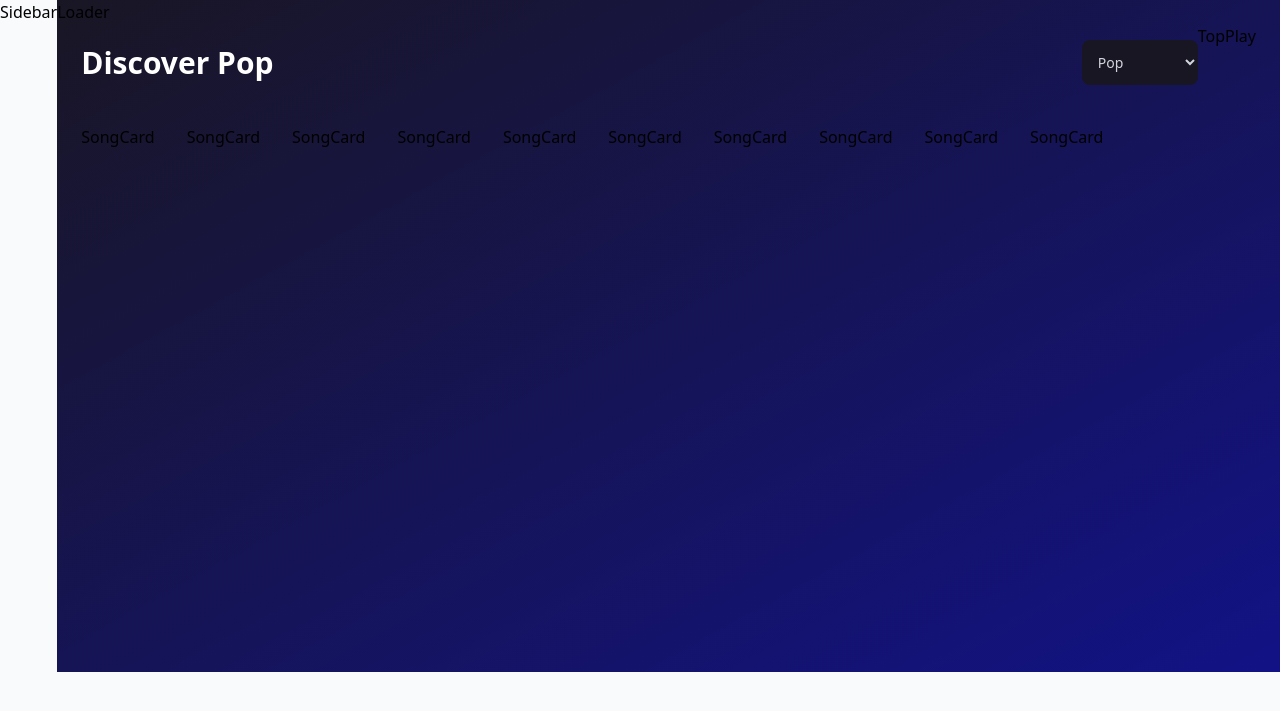
Repository: Devansh1907/Lyriks
Page: /
The author's editor kept a copy of each file at every save. The page is drawn from the files as they stood at one save, then again after the next save.
The browser window is 1280 px wide. The pictures show the whole page.
The project was rebuilt for these pictures with package versions that can differ from the ones it lists, and the page was loaded fresh each time. Also part of the build but not shown: vite.config.js, src/components/ArtistCard.jsx, src/components/DetailsHeader.jsx, src/components/PlayPause.jsx, src/components/SongBar.jsx, src/components/RelatedSongs.jsx, src/components/MusicPlayer/Controls.jsx, src/components/MusicPlayer/Player.jsx and 10 more.

Above is the page before, as saved 2022-11-03 13:32:41.

### src/redux/store.js
import { configureStore, getDefaultMiddleware } from '@reduxjs/toolkit';

import playerReducer from './features/playerSlice';
import { shazamCoreApi } from './services/shazamCore';

export const store = configureStore({
  reducer: {
    [shazamCoreApi.reducerPath]: shazamCoreApi.reducer,
    player: playerReducer,
  },
  middleware: (getDefaultMiddleware) => getDefaultMiddleware().concat(shazamCoreApi.middleware),
});

### src/redux/features/playerSlice.js
import { createSlice } from '@reduxjs/toolkit';

const initialState = {
  currentSongs: [],
  currentIndex: 0,
  isActive: false,
  isPlaying: false,
  activeSong: {},
  genreListId: '',
};

const playerSlice = createSlice({
  name: 'player',
  initialState,
  reducers: {
    setActiveSong: (state, action) => {
      state.activeSong = action.payload.song;

      if (action.payload?.data?.tracks?.hits) {
        state.currentSongs = action.payload.data.tracks.hits;
      } else if (action.payload?.data?.properties) {
        state.currentSongs = action.payload?.data?.tracks;
      } else {
        state.currentSongs = action.payload.data;
      }

      state.currentIndex = action.payload.i;
      state.isActive = true;
    },

    nextSong: (state, action) => {
      if (state.currentSongs[action.payload]?.track) {
        state.activeSong = state.currentSongs[action.payload]?.track;
      } else {
        state.activeSong = state.currentSongs[action.payload];
      }

      state.currentIndex = action.payload;
      state.isActive = true;
    },

    prevSong: (state, action) => {
      if (state.currentSongs[action.payload]?.track) {
        state.activeSong = state.currentSongs[action.payload]?.track;
      } else {
        state.activeSong = state.currentSongs[action.payload];
      }

      state.currentIndex = action.payload;
      state.isActive = true;
    },

    playPause: (state, action) => {
      state.isPlaying = action.payload;
    },

    selectGenreListId: (state, action) => {
      state.genreListId = action.payload;
    },
  },
});

export const { setActiveSong, nextSong, prevSong, playPause, selectGenreListId } = playerSlice.actions;

export default playerSlice.reducer;

### src/redux/services/shazamCore.js
import { createApi, fetchBaseQuery } from '@reduxjs/toolkit/query/react'



    export const shazamCoreApi = createApi({
        reducerPath: 'shazamCoreApi',
        baseQuery: fetchBaseQuery({
            baseUrl: 'https://shazam-core.p.rapidapi.com/v1',
            prepareHeaders: () => {
                headers.set('X-RapidAPI-Key', '620e5f5fe1msh3440b999da625e1p191f6djsn06c5af6b63a6');

                return headers;
            },
        }),
        endpoints: (builder) => ({
            getTopCharts: builder.query({ query: () => '/charts/world'}),
        }),
    });

    export const {
        useGetTopChartsQuery,
    } = shazamCoreApi;

### src/pages/Discover.jsx
import { Error, Loader, SongCard } from "../components";
import { genres } from "../assets/constants";
import { useGetTopChartsQuery } from "../redux/services/shazamCore";

const Discover = () => {
  const { data, isFetching, error } =  useGetTopChartsQuery();
  const genreTitle = "Pop";

  console.log(data);

  return (
    <div className="flex flex-col">
      <div className="w-full flex justify-between items-center sm:flex-row flex-col mt-4 mb-10">
        <h2 className="font-bold text-3xl text-white text-left">
          Discover {genreTitle}
        </h2>
        <select
          onchange={() => {}}
          value=""
          className="bg-black text-gray-300 p-3 text-sm rounded-lg outline-none sm:mt-0 mt-5"
        >{genres.map((genre) => <option key={genre.value} value={genre.value}>{genre.title}</option>)}</select>
      </div>
       <div className="flex flex-wrap sm:justify-start justify-center gap-8">
         {[1,2,3,4,5,6,7,8,9,10].map((song, i) => (
            <SongCard key={song.key} song={song} i={i} />
         ))}
       </div>
    </div>
  );
};

export default Discover;

### src/assets/constants.js
import { HiOutlineHashtag, HiOutlineHome, HiOutlinePhotograph, HiOutlineUserGroup } from 'react-icons/hi';

export const genres = [
  { title: 'Pop', value: 'POP' },
  { title: 'Hip-Hop', value: 'HIP_HOP_RAP' },
  { title: 'Dance', value: 'DANCE' },
  { title: 'Electronic', value: 'ELECTRONIC' },
  { title: 'Soul', value: 'SOUL_RNB' },
  { title: 'Alternative', value: 'ALTERNATIVE' },
  { title: 'Rock', value: 'ROCK' },
  { title: 'Latin', value: 'LATIN' },
  { title: 'Film', value: 'FILM_TV' },
  { title: 'Country', value: 'COUNTRY' },
  { title: 'Worldwide', value: 'WORLDWIDE' },
  { title: 'Reggae', value: 'REGGAE_DANCE_HALL' },
  { title: 'House', value: 'HOUSE' },
  { title: 'K-Pop', value: 'K_POP' },
];

export const links = [
  { name: 'Discover', to: '/', icon: HiOutlineHome },
  { name: 'Around You', to: '/around-you', icon: HiOutlinePhotograph },
  { name: 'Top Artists', to: '/top-artists', icon: HiOutlineUserGroup },
  { name: 'Top Charts', to: '/top-charts', icon: HiOutlineHashtag },
];

Loaded but not shown: index.html (common file); src/index.jsx (common file); src/index.css (common file); src/App.jsx (common file); src/components/index.js (common file); src/pages/index.js (common file); src/components/Sidebar.jsx (common file); src/components/Searchbar.jsx (common file); src/components/SongCard.jsx (common file); src/components/TopPlay.jsx (common file); tailwind.config.js (common file); src/components/Loader.jsx (common file); src/components/Error.jsx (common file)

After the next save:
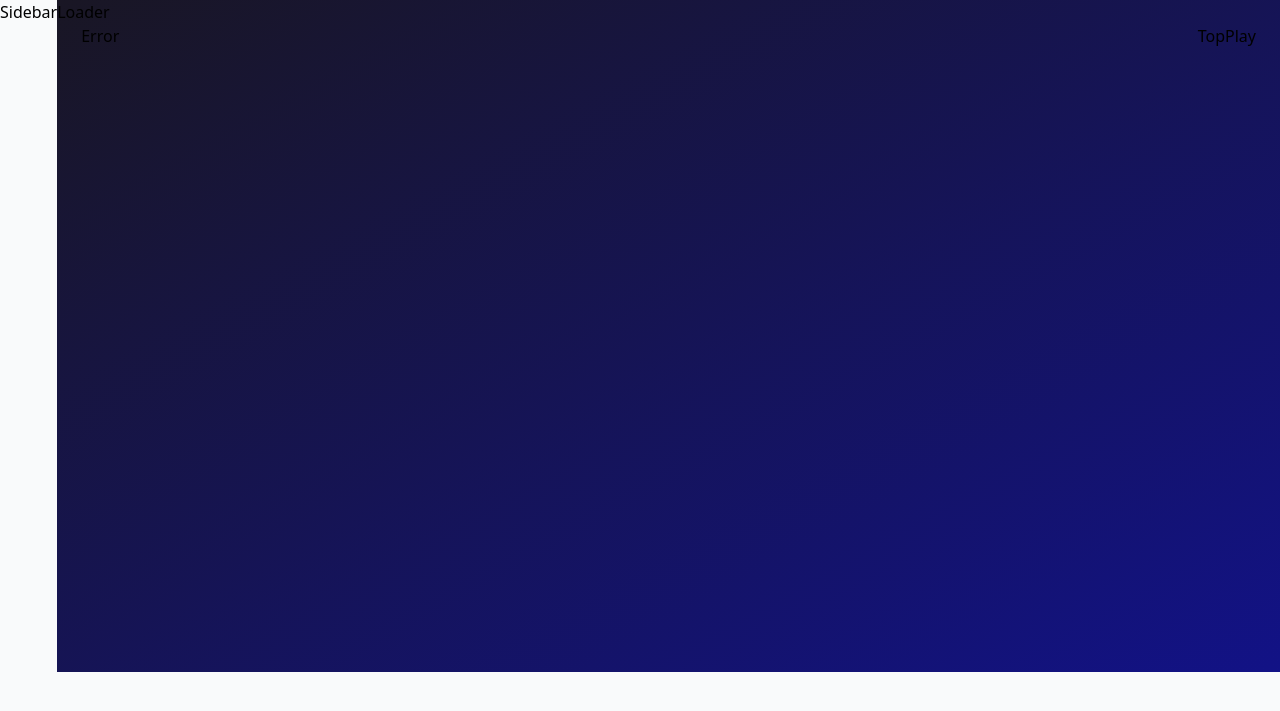
Saved 7 min 29 s later.
--- a/src/pages/Discover.jsx
+++ b/src/pages/Discover.jsx
@@ -6,7 +6,8 @@ const Discover = () => {
   const { data, isFetching, error } =  useGetTopChartsQuery();
   const genreTitle = "Pop";
 
-  console.log(data);
+  if (isFetching) return <Loader title='Loading songs...'/>;
+  if (error) return <Error />;
 
   return (
     <div className="flex flex-col">
@@ -21,7 +22,7 @@ const Discover = () => {
         >{genres.map((genre) => <option key={genre.value} value={genre.value}>{genre.title}</option>)}</select>
       </div>
        <div className="flex flex-wrap sm:justify-start justify-center gap-8">
-         {[1,2,3,4,5,6,7,8,9,10].map((song, i) => (
+         {data?.map((song, i) => (
             <SongCard key={song.key} song={song} i={i} />
          ))}
        </div>
